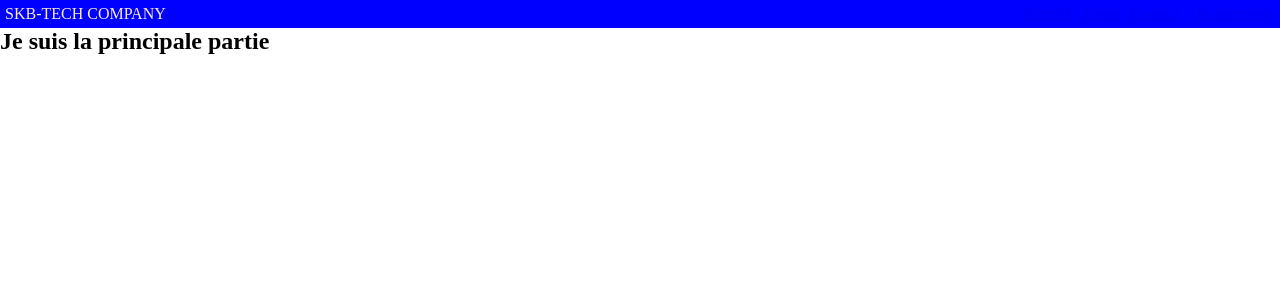
Repository: SKB-TECH/projetExpress
Page: http://localhost/
These files come from the project's save history. The page is drawn as it stood at one moment and after the next save; the edit follows.
The browser window is 1280 px wide. The pictures show the whole page.
The page is served by the project's Node server (server.js). Other server files are loaded and not shown.

Above is the page before, as saved 2022-10-21 15:23:00.

### views/main.ejs
<%- include('./includes/header.ejs') %>
<!-- Partie principale  -->
<main>
  <h2>Je suis la principale partie</h2>
</main>

<%- include('./includes/footer.ejs') %>

### views/includes/header.ejs
<!DOCTYPE html>
<html lang="en">
  <head>
    <meta charset="UTF-8" />
    <meta http-equiv="X-UA-Compatible" content="IE=edge" />
    <link
      rel="stylesheet"
      href="https://cdnjs.cloudflare.com/ajax/libs/font-awesome/6.2.0/css/all.min.css"
      integrity="sha512-xh6O/CkQoPOWDdYTDqeRdPCVd1SpvCA9XXcUnZS2FmJNp1coAFzvtCN9BmamE+4aHK8yyUHUSCcJHgXloTyT2A=="
      crossorigin="anonymous"
      referrerpolicy="no-referrer"
    />
    <meta name="viewport" content="width=device-width, initial-scale=1.0" />
    <link rel="stylesheet" href="css/style.css" />
    <title>Project Express</title>
  </head>
  <body>
  <header>
    <nav class="nav-list">
        <span class="titles1">
                SKB-TECH COMPANY
        </span>
      <div class="taches">
        <ul class="list-title">
          <li><a href="/">Acceuil</a></li>
          <li><a href="/about">About</a></li>
          <li><a href="/contact">Contact</a></li>
          <li><a href="/">Deconnexion</a></li>
        </ul>
      </div>
    </nav>
  </header>
</html>

### server.js
const express = require('express');
const morgan = require('morgan');
const path = require('path')
const router = require('./routes/router')
const ejs = require('ejs');
const { dirname } = require('path');
const app = express()
/**
    - quelques middlewares pour specification des dossiers
    - specification du moteur de visualisation utilise
 */
app.set('view engine', 'ejs');
app.use('/css', express.static(path.resolve(__dirname, './assets/css')))
app.set('view')
app.use(morgan('tiny'))


// initialisation de toutes routes de l'application
app.use(require('./routes/router'))

// initialisation du server et du port qui va ecoute les requetes du client
app.listen(4000, () => {
    console.log("Serveur lancer deja au port 4000");
})

### controllers/Controllers.js
exports.Home = (req, res) => {
    res.render('main')
}
exports.About = (req, res) => {
    res.render('about', { nom: "Shako" })
}
exports.Contact = (req, res) => {
    res.render('contact')
}

### assets/css/style.css
* {
    padding: 0px;
    margin: 0px;
    box-sizing: border-box;
}



nav {
    display: flex;
    flex-direction: row;
    justify-content: space-between;
    gap: 500px;
    padding: 5px;
    background-color: blue;
    color: antiquewhite;
    height: 5%;
}

ul {
    display: flex;
    flex-direction: row;
    justify-content: end;
    list-style-type: none;
    gap: 10px;
}

Loaded but not shown: views/includes/footer.ejs (common file)

After the next save:
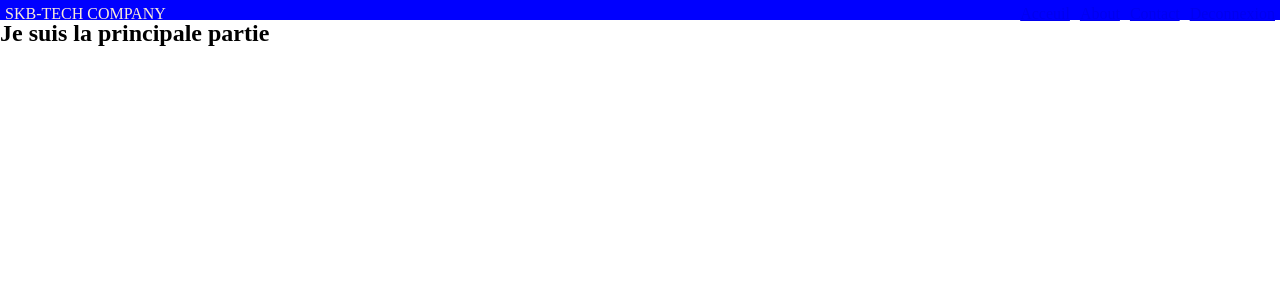
Saved 12 s later.
--- a/assets/css/style.css
+++ b/assets/css/style.css
@@ -14,7 +14,7 @@ nav {
     padding: 5px;
     background-color: blue;
     color: antiquewhite;
-    height: 5%;
+    height: 20px;
 }
 
 ul {
